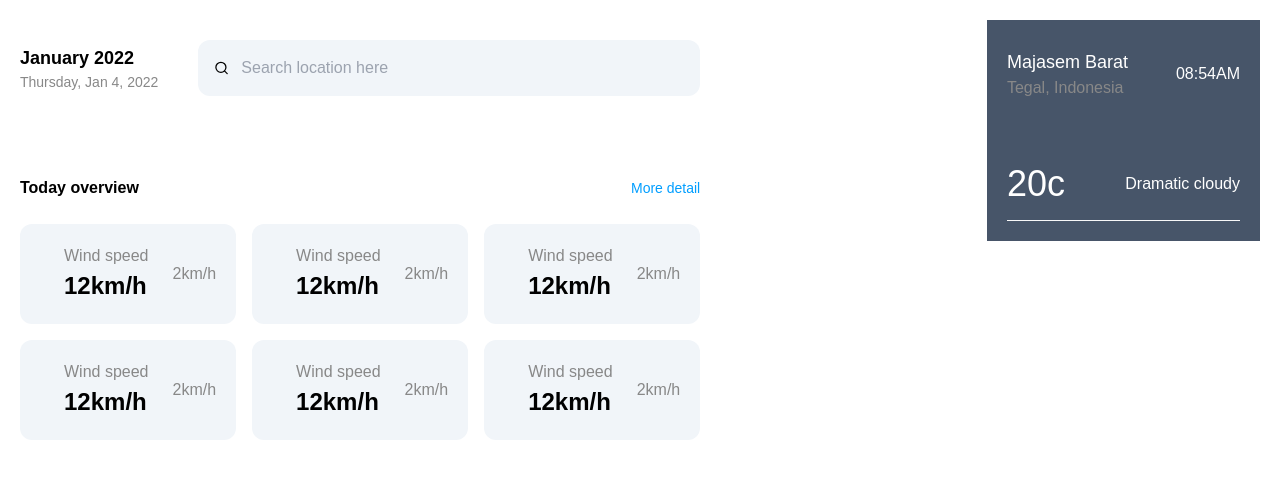
Repository: theweirdboiz/datawarehouse-ui
Page: /
An editor plug-in stored every save of this project. The page is shown before and after the next save, followed by the edit.
The browser window is 1280 px wide. The pictures show the whole page.
The project was rebuilt for these pictures with package versions that can differ from the ones it lists, and the page was loaded fresh each time. Also part of the build but not shown: vite.config.js.

Above is the page before, as saved 2022-11-23 16:44:35.

### index.html
<!DOCTYPE html>
<html lang="en">
  <head>
    <meta charset="UTF-8" />
    <link rel="icon" type="image/svg+xml" href="/vite.svg" />
    <meta name="viewport" content="width=device-width, initial-scale=1.0" />
    <title>Weather - Datawarehouse</title>
  </head>
  <body>
    <div id="root"></div>
    <script type="module" src="/src/main.jsx"></script>
  </body>
</html>

### src/App.jsx
import { useState } from "react";
import { FiSearch } from "react-icons/fi";

function App() {
  const date = "font-[900] text-lg";
  const detailDate = "text-sm text-[#888]";

  const contentTop = "mt-[20px] flex items-center gap-x-10 mb-20";
  const contentSearch =
    "content__search p-4 flex items-center gap-x-3 flex-1 rounded-xl bg-slate-100";

  return (
    <div className="container p-5 mx-auto">
      <div className="flex justify-between">
        <section className="content max-w-3xl">
          <div className={contentTop}>
            <div className="flex-col">
              <h3 className={date}>January 2022</h3>
              <div className={detailDate}>Thursday, Jan 4, 2022</div>
            </div>
            <div className={contentSearch}>
              <FiSearch />
              <input
                className="w-full bg-transparent"
                type="text"
                placeholder="Search location here"
              />
            </div>
          </div>
          <div className="content__detail">
            <div className="flex items-center justify-between">
              <h4 className="font-semibold">Today overview</h4>
              <div className="">
                <button className="text-sm font-medium text-[#009EFF]">
                  More detail
                </button>
              </div>
            </div>
            <div>
              <div className="content__detail-box grid grid-cols-3 gap-4 mt-6">
                <div className="content__detail-item p-5 flex items-center gap-x-6 bg-slate-100 rounded-xl">
                  <i></i>
                  <div className="speed flex flex-col">
                    <h4 className="text-[#888]">Wind speed</h4>
                    <span className="text-[24px] font-semibold">12km/h</span>
                  </div>
                  <span className="text-[#888]">2km/h</span>
                </div>
                <div className="content__detail-item p-5 flex items-center gap-x-6 bg-slate-100 rounded-xl">
                  <i></i>
                  <div className="speed flex flex-col">
                    <h4 className="text-[#888]">Wind speed</h4>
                    <span className="text-[24px] font-semibold">12km/h</span>
                  </div>
                  <span className="text-[#888]">2km/h</span>
                </div>
                <div className="content__detail-item p-5 flex items-center gap-x-6 bg-slate-100 rounded-xl">
                  <i></i>
                  <div className="speed flex flex-col">
                    <h4 className="text-[#888]">Wind speed</h4>
                    <span className="text-[24px] font-semibold">12km/h</span>
                  </div>
                  <span className="text-[#888]">2km/h</span>
                </div>
                <div className="content__detail-item p-5 flex items-center gap-x-6 bg-slate-100 rounded-xl">
                  <i></i>
                  <div className="speed flex flex-col">
                    <h4 className="text-[#888]">Wind speed</h4>
                    <span className="text-[24px] font-semibold">12km/h</span>
                  </div>
                  <span className="text-[#888]">2km/h</span>
                </div>
                <div className="content__detail-item p-5 flex items-center gap-x-6 bg-slate-100 rounded-xl">
                  <i></i>
                  <div className="speed flex flex-col">
                    <h4 className="text-[#888]">Wind speed</h4>
                    <span className="text-[24px] font-semibold">12km/h</span>
                  </div>
                  <span className="text-[#888]">2km/h</span>
                </div>
                <div className="content__detail-item p-5 flex items-center gap-x-6 bg-slate-100 rounded-xl">
                  <i></i>
                  <div className="speed flex flex-col">
                    <h4 className="text-[#888]">Wind speed</h4>
                    <span className="text-[24px] font-semibold">12km/h</span>
                  </div>
                  <span className="text-[#888]">2km/h</span>
                </div>
              </div>
            </div>
          </div>
        </section>
        <section className="content__right text-white">
          <div className="bg-slate-600 p-5">
            <div className="flex items-center gap-x-12 justify-between mt-2 mb-5 ">
              <div className="flex flex-col">
                <h3 className="text-lg">Majasem Barat</h3>
                <span className="text-[#888]">Tegal, Indonesia</span>
              </div>
              <h4>08:54AM</h4>
            </div>
            <div className="mt-16 flex justify-between items-center border-b-[1px] border-[#f8f8f8] pb-4">
              <div className="">
                <h2 className="text-4xl">20c</h2>
              </div>
              <h3>Dramatic cloudy</h3>
            </div>
          </div>
        </section>
      </div>
    </div>
  );
}

export default App;

### src/index.scss
@tailwind base;
@tailwind components;
@tailwind utilities;

@layer base {
  @import url("https://fonts.googleapis.com/css2?family=Poppins:wght@300;500;600;900&display=swap");

  *,
  *::before,
  *::after {
    box-sizing: border-box;
  }
  * {
    margin: 0;
    padding: 0;
  }
  body {
    line-height: 1.5;
    font-family: "Poppins", sans-serif;
  }
  img,
  picture,
  video,
  canvas,
  svg {
    display: block;
    max-width: 100%;
  }
  input,
  button,
  textarea,
  select {
    outline: none;
  }
  p,
  h1,
  h2,
  h3,
  h4,
  h5,
  h6 {
    overflow-wrap: break-word;
  }
}

Loaded but not shown: src/main.jsx (common file); tailwind.config.cjs (common file)

After the next save:
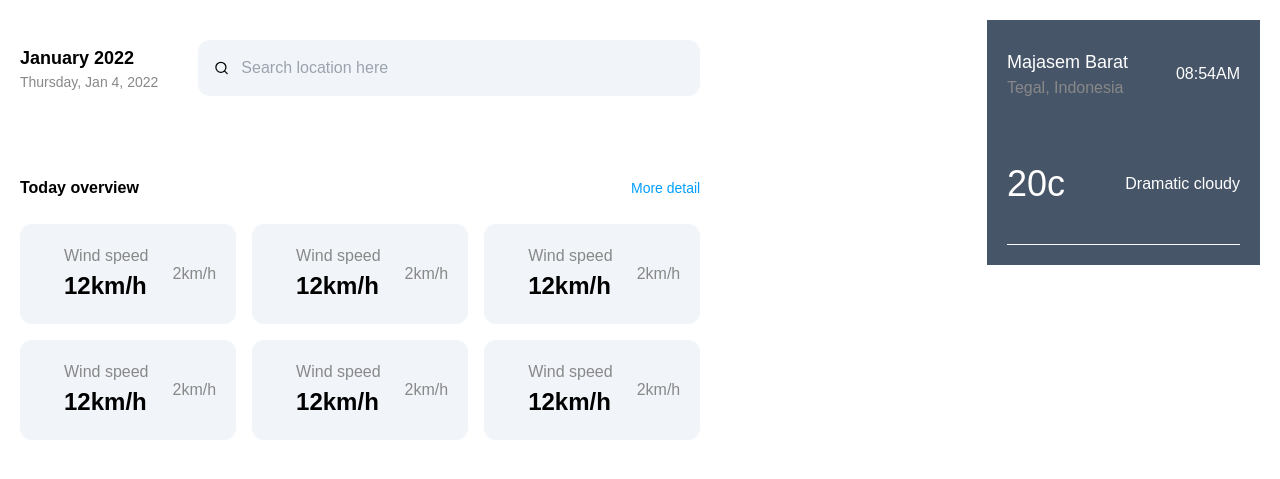
Saved 7 s later.
--- a/src/App.jsx
+++ b/src/App.jsx
@@ -99,7 +99,7 @@ function App() {
               </div>
               <h4>08:54AM</h4>
             </div>
-            <div className="mt-16 flex justify-between items-center border-b-[1px] border-[#f8f8f8] pb-4">
+            <div className="mt-16 flex justify-between items-center border-b-[1px] border-[#f8f8f8] pb-10">
               <div className="">
                 <h2 className="text-4xl">20c</h2>
               </div>
